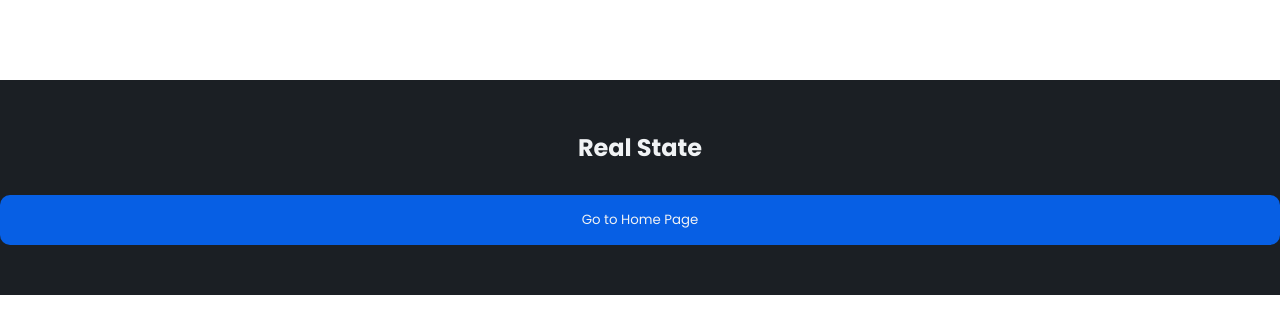
Repository: ayoubgharts/nextjs_protfolio
Page: /tutorials
The author's editor kept a copy of each file at every save. The page is drawn from the files as they stood at one save, then again after the next save.
The browser window is 1280 px wide. The pictures show the whole page.
The project was rebuilt for these pictures with package versions that can differ from the ones it lists, and the page was loaded fresh each time. The framework's server and built-in components were replaced by stand-ins that run in the browser. Also part of the build but not shown: next.config.mjs.

Above is the page before, as saved 2025-05-30 16:19:57.

### src/app/tutorials/page.jsx
//
import Link from "next/link";
import styles from "./tutorials.module.css";

import { Container } from "react-bootstrap";

export const metadata = {
  title: "ayoubgharts | Tutorials",
  description: "Web Developer Engineer",
};

export default function Tutorials() {
  return (
    <main className={styles.tutorials}>
      <Container>
        <h2>Real State</h2>
        <Link href="/">
          <button className={styles.button}>Go to Home Page</button>
        </Link>
      </Container>
    </main>
  );
}

### src/app/globals.css

/*? import google font 'Poppins' */
@import url('https://fonts.googleapis.com/css2?family=Poppins:wght@100;200;300;400;500;600;700&family=Raleway:ital,wght@0,100..900;1,100..900&display=swap');

/*? all variables */
:root {
  /*. Web colors vars */
  --dark:      #1b1f24;
  --dark-fixed:      #1b1f24;
  --dark-300:  #23282f;
  --dark-400:  #2b323b;
  --dark-300-opacity:  #23282fab;
  --dark-400-opacity:  #2b323bb0;
  --dark-300-fixed:#282c31;
  --dark-500:  #333c47;
  --dark-600:  #4d5a6a;
  --dark-700:  #778392;
  --dark-800:  #9da6b3;

  --light:     #f0f2f4;
  --light-fixed:     #f0f2f4;
  --light-300: #454649;
  --light-400: #c3cad5;
  --light-500: #8895aa;

  --primary:   #075fe4;
  --primary-dark:   #12499c;
  --primary-light:   #6b93cf;
  --success:   #11845b;
  --danger:    #c6303e;
  --danger-dark:    #992934;
  --warning:   #fd7e14;

  --purple:    #4c0bce;
  --purple-dark:    #330f7c;
  --violet:    #712cf9;
  --pink:    #f92c8c;
  --yellow:    #ffc107;
  --green:     #198754;
  --teal:      #20c997;
  --cyan:      #0dcaf0;

  /*. Mobile Var Colors */
  --mobile-dark:      #1b1f24;
  --mobile-light:     #f0f2f4;
  --mobile-dark-300:  #23282f;
  --mobile-dark-500:  #333c47;
  --mobile-dark-700:  #778392;



  /*. transitions vars */
  --trans-03: all ease .3s;
  --trans-05: all ease .5s;

  /*. border radius vars */
  --br-8: 8px;
  --br-50: 50px;

  /*. padding global default */
  --container-120: 0 120px;
  --container-60: 0 60px;
  --container-20: 0 20px;

  /*. buttons vars */
  --btn-padding: 10px 25px;
  --btn-font-size: 1.2rem;
  --btn-font-media: 0.9rem;
  --light-btn:#f0f2f4;

}


/* Light mode overrides */
.light-mode {

  /*. web switch colors */
  --dark:       #e0e3e6;
  --dark-300:  #cdd6e2;
  --dark-400:  #c7cfd8;
  --dark-300-opacity:  #b6bfccab;
  --dark-400-opacity:  #b5bfccb0;
  --dark-500:   #c2c8d3;
  --dark-600:  #4d5a6a;
  --dark-700:  #eff3f7;
  --dark-800:  #757c85;

  --light:     #1b1f24;
  --light-300: #dde1e9;
  --light-400: #c3cad5;
  --light-500: #8895aa;

  /*. mobile switch colors */
  --mobile-dark:      #f0f2f4;
  --mobile-light:     #1b1f24;
  --mobile-dark-500:  #b5bcc4;
  --mobile-dark-700:  #778392;
  --mobile-dark-300:  #e4e7ec;
}


/*? Global Styles */
*{
  font-family: "Poppins", sans-serif;
  box-sizing: border-box;
  padding: 0;
  margin: 0;
}

body {
  font-family: "Poppins", sans-serif;
  box-sizing: border-box;
  padding: 0;
  margin: 0;
}

/*? Normalise */
a, Link{
  color: var(--cyan);
  text-decoration: none !important;
}
ul{
  list-style: none;
  margin: 0;
  padding: 0;
}
ul li{
  margin: 0;
  padding: 0;
}
h1, h2, h3, h4, h5{
  margin: 0;
  padding: 0;
}

i{
  margin: 0;
  padding: 0;
}

.container{
  transition: var(--trans-03);
}

### src/app/tutorials/tutorials.module.css

.tutorials{
    margin-top: 80px;
    background: var(--dark);
    padding: 50px 0;
    transition: var(--trans-03);
    text-align: center;
    color: var(--light);
}

.button{
    outline: none;
    border: none;
    background: var(--primary);
    color: var(--light-fixed);
    width: 100%;
    padding: 15px 25px;
    border-radius: 10px;
    margin-top: 30px;
    transition: var(--trans-03);
}

.button:hover{
    background: var(--primary-dark);
}

Loaded but not shown: src/app/layout.js (common file)

After the next save:
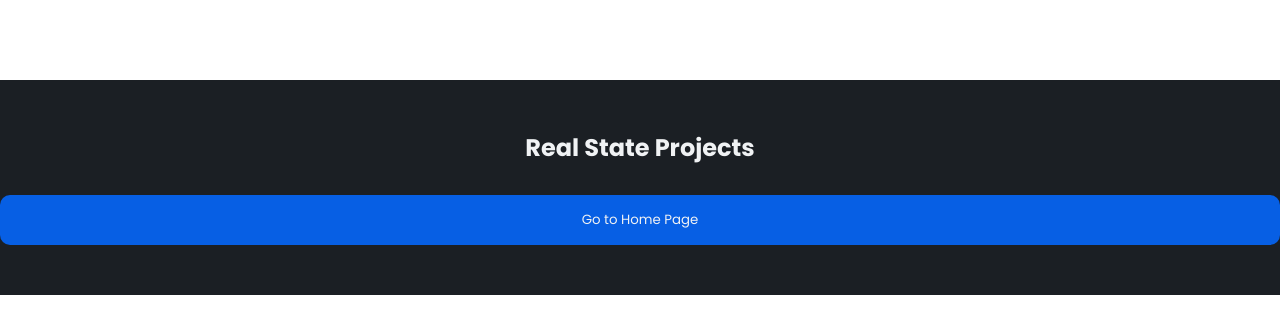
Saved 5 s later.
--- a/src/app/tutorials/page.jsx
+++ b/src/app/tutorials/page.jsx
@@ -13,7 +13,7 @@
   return (
     <main className={styles.tutorials}>
       <Container>
-        <h2>Real State</h2>
+        <h2>Real State Projects</h2>
         <Link href="/">
           <button className={styles.button}>Go to Home Page</button>
         </Link>
